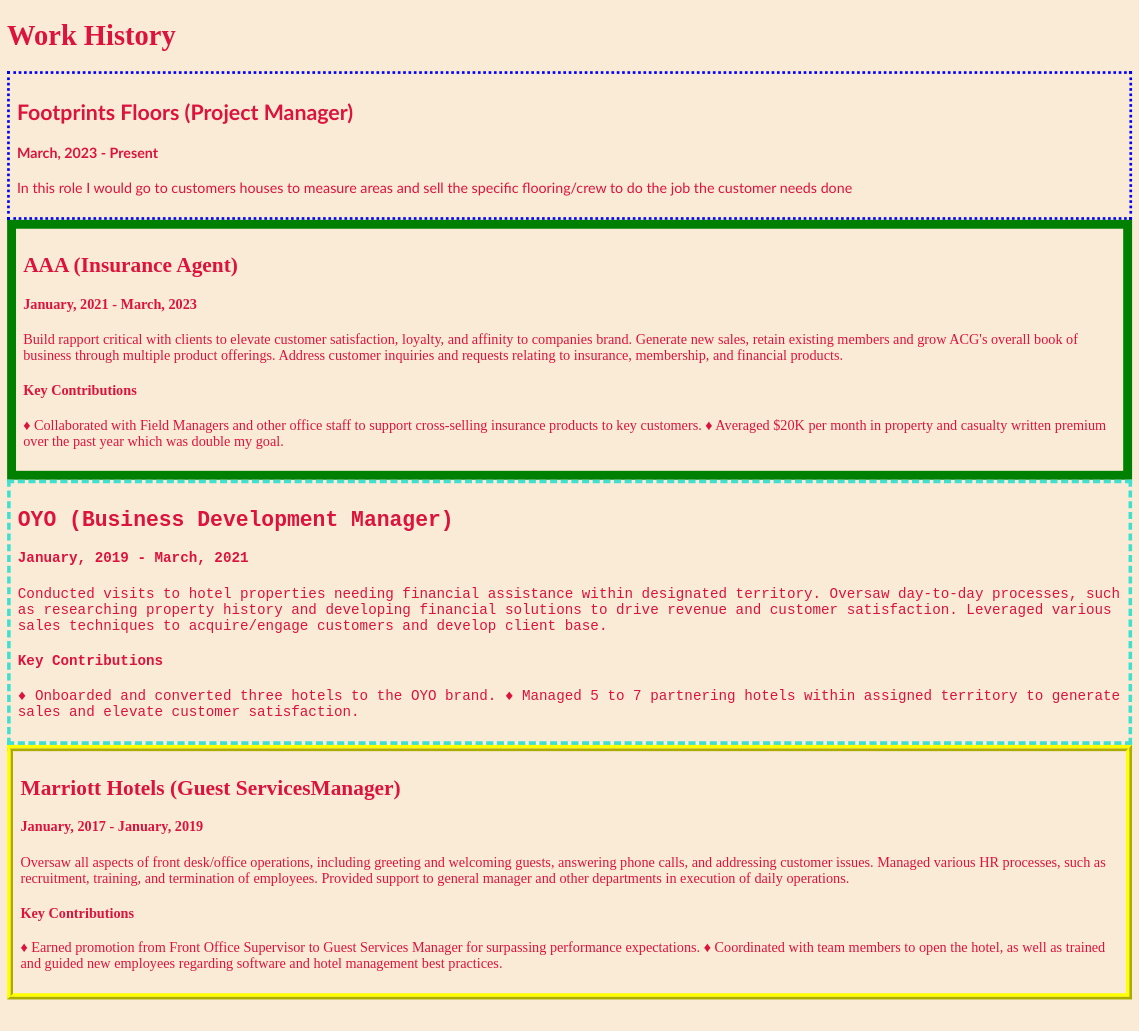
Repository: TEazy2433/LAB-HTML-Resume
Page: index.html
These files come from the project's save history. The page is drawn as it stood at one moment and after the next save; the edit follows.
The browser window is 1280 px wide. The pictures show the whole page, at 89% of full size.

Above is the page before, as saved 2023-10-11 20:41:12.

### index.html
<!DOCTYPE html>
<html lang="en">
<head>
  <meta charset="UTF-8">
  <meta name="viewport" content="width=device-width, initial-scale=1.0">
  <title>Resume</title>
  <link rel="stylesheet" href="main.css">
  </head>
  <body>

  <script src="main.js"></script>
  </body>
  </html><html></html>
    </head>
      <title>Work History</title>
    </head>
    <body>
      <h1>Work History</h1>
      <article id="articleOne">
        <h2>Footprints Floors (Project Manager)</h2>
        <h4>March, 2023 - Present</h4>
        <section>
          <p>In this role I would go to customers houses to measure areas and sell the specific flooring/crew to do the job the customer needs done</p>
        </section>
      </article>

      <article id="articleTwo">
        <h2>AAA (Insurance Agent)</h2>
        <h4>January, 2021 - March, 2023</h4>
        <section>
          <p>Build rapport critical with clients to elevate customer satisfaction, loyalty, and affinity to companies brand. Generate new sales, retain existing members and grow ACG's overall book of business through multiple product offerings. Address customer inquiries and requests relating to insurance, membership, and financial products.</p>

          <h4>Key Contributions</h4>
          <P>♦ Collaborated with Field Managers and other office staff to support cross-selling insurance products to key customers.
            ♦ Averaged $20K per month in property and casualty written premium over the past year which was double my goal.</P>
        </section>
      </article>

      <article id="articleThree">
        <h2>OYO (Business Development Manager)</h2>
        <h4>January, 2019 - March, 2021</h4>
        <section>
          <p>Conducted visits to hotel properties needing financial assistance within designated territory. Oversaw day-to-day processes, such as researching property history and developing financial solutions to drive revenue and customer satisfaction. Leveraged various sales techniques to acquire/engage customers and develop client base.</p>

          <h4>Key Contributions</h4>
          <P>♦ Onboarded and converted three hotels to the OYO brand.
            ♦ Managed 5 to 7 partnering hotels within assigned territory to generate sales and elevate customer satisfaction.</P>
        </section>
      </article>

      <article id="articleFour">
        <h2>Marriott Hotels (Guest ServicesManager)</h2>
        <h4>January, 2017 - January, 2019</h4>
        <section>
          <p>Oversaw all aspects of front desk/office operations, including greeting and welcoming guests, answering phone calls, and addressing customer issues. Managed various HR processes, such as recruitment, training, and termination of employees. Provided support to general manager and other departments in execution of daily operations.</p>

          <h4>Key Contributions</h4>
          <P>♦ Earned promotion from Front Office Supervisor to Guest Services Manager for surpassing performance expectations.
            ♦ Coordinated with team members to open the hotel, as well as trained and guided new employees regarding software
            and hotel management best practices.</P>
        </section>
      </article>


    </body>

### main.css
body{
  background-color: antiquewhite;
}

h1{
  color: crimson;

}

h2{
  color: crimson;
}

p{
  color:crimson
}

h4{
  color:crimson
}

h5{
  color: crimson
}

article{
  padding: 8px;
}


#articleOne{
  font-family: 'Gill Sans', 'Gill Sans MT', Calibri, 'Trebuchet MS', sans-serif;
  border: 3px dotted blue
}

#articleTwo{
  font-family: cursive;
  border: 10px solid green
}

#articleThree{
  font-family: 'Courier New', Courier, monospace;
  border: 4px dashed turquoise
}

#articleFour{
  font-family: fantasy;
  border: 7px ridge yellow
}

### main.js
console.log("Resume");

After the next save:
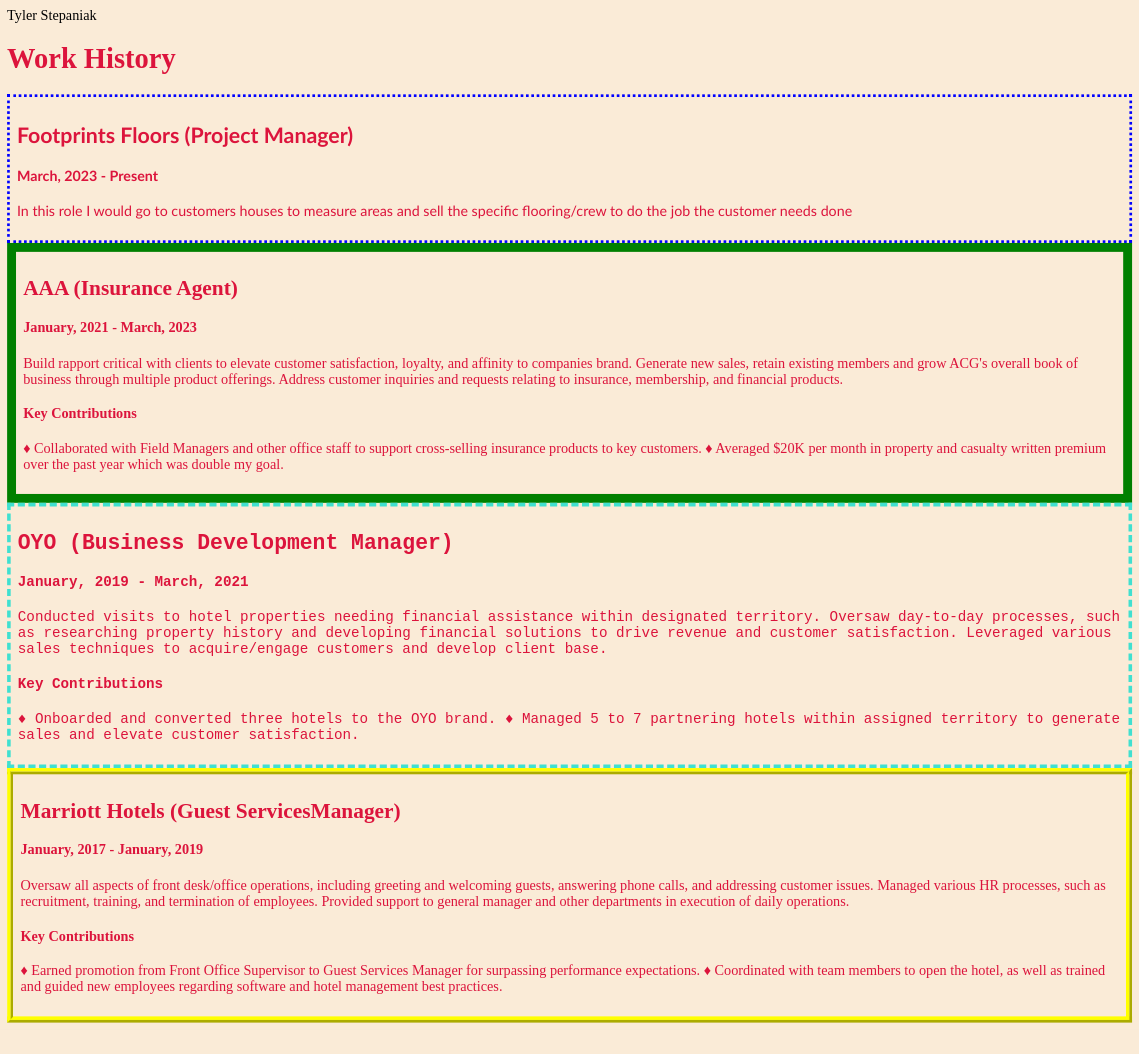
Saved 40 s later.
--- a/index.html
+++ b/index.html
@@ -11,6 +11,7 @@
   <script src="main.js"></script>
   </body>
   </html><html></html>
+    <header>Tyler Stepaniak</header>
     </head>
       <title>Work History</title>
     </head>
